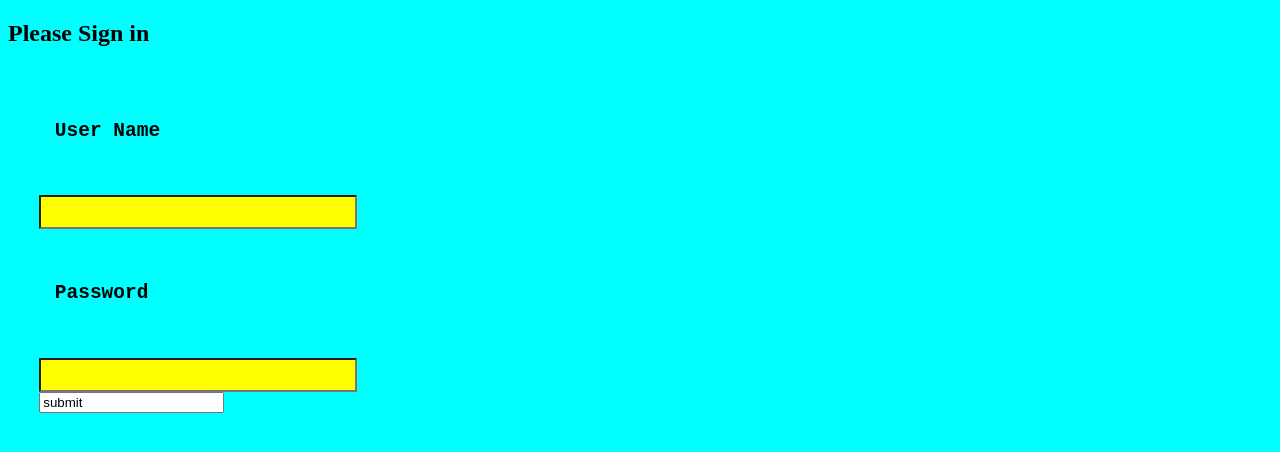
Repository: AkshayBorate/webJava
Page: web_projectservlet/src/main/webapp/login.html
An editor plug-in stored every save of this project. The page is shown before and after the next save, followed by the edit.
The browser window is 1280 px wide. The pictures show the whole page.

Above is the page before, as saved 2024-11-28 06:41:16.

After the next save:
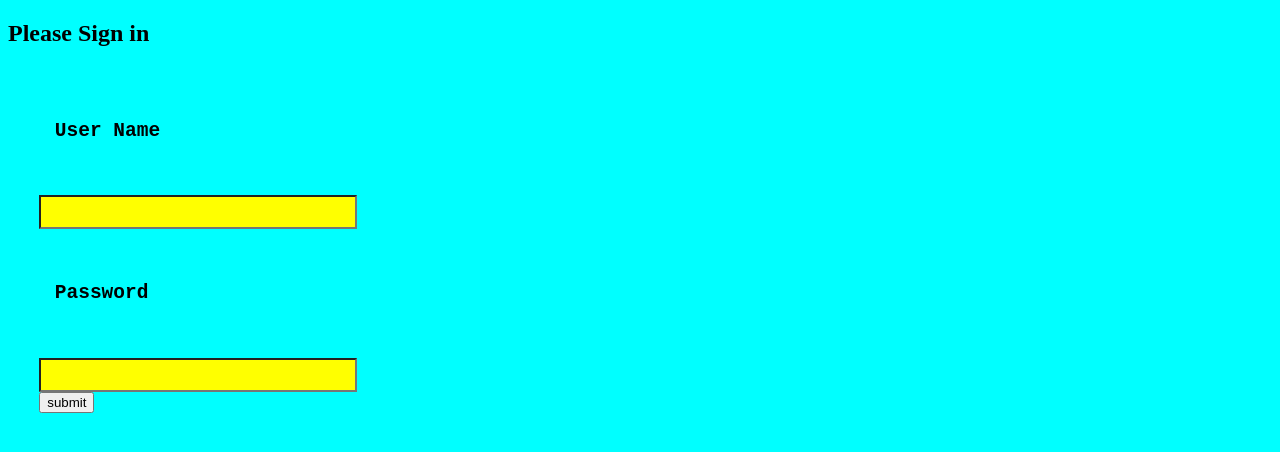
Saved 28 s later.
--- a/web_projectservlet/src/main/webapp/login.html
+++ b/web_projectservlet/src/main/webapp/login.html
@@ -13,7 +13,7 @@
     Password
     </h2>
     <input type="password" name="pass" style="background-color:yellow;color:blue; font-size:18pt"/>
-    <input type="sybmit" value="submit"/>
+    <input type="submit" value="submit"/>
     </pre>
 </form>
 </body>
